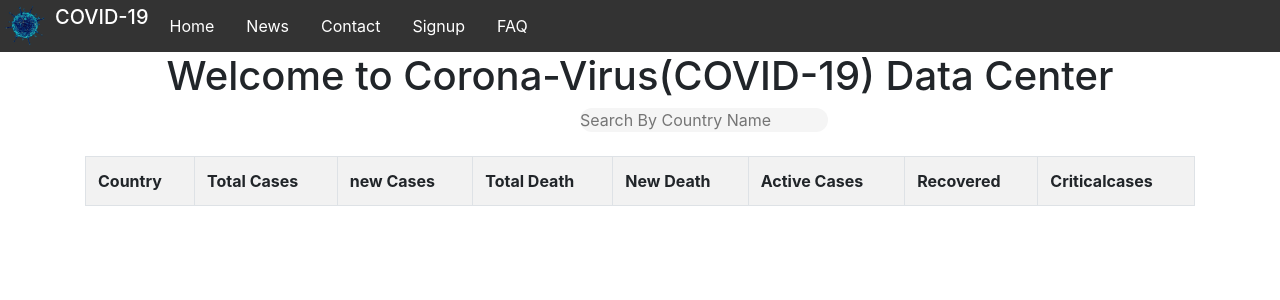
Repository: xthashankar/COVID-19-data-
Page: index.html
The author's editor kept a copy of each file at every save. The page is drawn from the files as they stood at one save, then again after the next save.
The browser window is 1280 px wide. The pictures show the whole page.
The page's requests for data from a server got no answer.

Above is the page before, as saved 2020-04-15 18:54:29.

### index.html
<!DOCTYPE html>
<html lang="en">
<head>
    <meta charset="UTF-8">
    <meta name="viewport" content="width=device-width, initial-scale=1.0">
    <link rel="stylesheet" href="https://maxcdn.bootstrapcdn.com/bootstrap/4.4.1/css/bootstrap.min.css">
     <script src="https://ajax.googleapis.com/ajax/libs/jquery/3.4.1/jquery.min.js"></script>
     <script src="https://cdnjs.cloudflare.com/ajax/libs/popper.js/1.16.0/umd/popper.min.js"></script>
    <script src="https://maxcdn.bootstrapcdn.com/bootstrap/4.4.1/js/bootstrap.min.js"></script>
    <link rel="stylesheet" href="css/styles.css">
    <title>Document</title>
</head>
<body>
        <ul class="nav">
            <img src="image/coronavirus.png">
             <H5>COVID-19</H5>
            <li><a  href="#">Home</a></li>
            <li><a href="#">News</a></li>
            <li><a href="#">Contact</a></li>
            <li><a href="#">Signup</a></li>
            <div class="dropdown">
                <button class="dropbtn">FAQ
                </button>
                <div class="dropdown-content">
                  <a href="qa.html">English</a>
                  <a href="nqa.html">Nepali</a>
                </div>

        </ul>
    <h1>Welcome to Corona-Virus(COVID-19) Data Center</h1>
    <input type="text" name="filter" id="search" placeholder="Search By Country Name" onkeyup="search()">
    <div class="container">

        <br>
        <table class="table table-bordered  table-striped">
            <thread>
                <tr>
                    <th>Country</th>
                    <th>Total Cases</th>
                    <th>new Cases</th>
                    <th>Total Death</th>
                    <th>New Death</th>
                    <th>Active Cases</th>
                    <th>Recovered</th>
                    <th>Criticalcases</th>
            </tr>
            </thread>
            <tbody  id="coranavirus">
            </tbody>
        </table>
    </div>
</body>
<script src="javascript/main.js"></script>
</html>

### css/styles.css
/*
body {
	font-family: 'Roboto', sans-serif;
	background-color: #eae7d9;
	margin: 0;
	padding: 0;
} */
*{
  padding: 0;
  margin: 0;
}
ul{
    list-style-type:none;
    overflow: hidden;
    background-color:#333;
}
li{
   float:right;
}
li a{

    display: block;
    color:white;
    text-align: center;
    padding: 14px 16px;
    text-decoration: none;
}
li a:hover{
    background-color: #111;
}
h1{
    text-align: center;
}
#search{

    border-radius: 10px;
    margin:5 auto;
    border-radius: 10px;
    margin-left: 580px;
    border: none;
    border-radius: 15px;
    background-color:whitesmoke;
}
img{
    width:50px;
    height:50px;
}

.navbar {
    overflow: hidden;
    background-color: #333;
  }

  .navbar a {
    float: left;
    font-size: 16px;
    color: white;
    text-align: center;
    padding: 14px 16px;
    text-decoration: none;
  }

  .dropdown {
    float: right;
    overflow: hidden;
  }

  .dropdown .dropbtn {
    font-size: 16px;
    border: none;
    outline: none;
    color: white;
    padding: 14px 16px;
    background-color: inherit;
    font-family: inherit;
    margin: 0;
  }

  .navbar a:hover, .dropdown:hover .dropbtn {
    background-color: red;
  }

  .dropdown-content {
    display: none;
    position: absolute;
    background-color: #f9f9f9;
    min-width: 160px;
    box-shadow: 0px 8px 16px 0px rgba(0,0,0,0.2);
    z-index: 1;
  }

  .dropdown-content a {
    float: none;
    color: black;
    padding: 12px 16px;
    text-decoration: none;
    display: block;
    text-align: left;
  }

  .dropdown-content a:hover {
    background-color: #ddd;
  }

  .dropdown:hover .dropdown-content {
    display: block;
  }
  .nav h5{
    margin: 5px;
    float: right;
	color: white;
  }

### javascript/main.js
// let who='';
let URL='https://nepalcorona.info/api/v1/data/world'
fetch(URL)
.then(function(response){
   return response.json()
}).then(function(covid){
//    console.log(covid);
       if(covid.length>0)
       {
           var coviddata='';
           covid.forEach(function(data){
            // coviddata +="<tr>";
            if(data.country!="")
            {
            coviddata +="<tr><td>"+data.country+"</td>";
            coviddata +="<td>"+data.totalCases+"</td>";
            coviddata +="<td>"+data.newCases+"</td>";
            coviddata +="<td>"+data.totalDeaths+"</td>";
            coviddata +="<td>"+data.newDeaths+"</td>";
            coviddata +="<td>"+data.activeCases+"</td>";
            coviddata +="<td>"+data.totalRecovered+"</td>";
            coviddata +="<td>"+data.criticalCases+"</td></tr>";
            console.log(coviddata);
            }
            document.getElementById('coranavirus').innerHTML=coviddata;
           })
       }
   })
   //for search
function search(){
    let filter=document.getElementById("search").value.toUpperCase();
    let table=document.getElementById("coranavirus");
    let tr=table.getElementsByTagName("tr");
    for(let i=0;i<tr.length;i++)
    {
     let td=tr[i].getElementsByTagName("td")[0];
        if(td)
        {
         let txtValue=td.textContent||td.innerText;
         if(txtValue.toUpperCase().indexOf(filter)>-1)
            {
            tr[i].style.display="";
            }else
            {
            tr[i].style.display="none";
            }
        }
    }
}

After the next save:
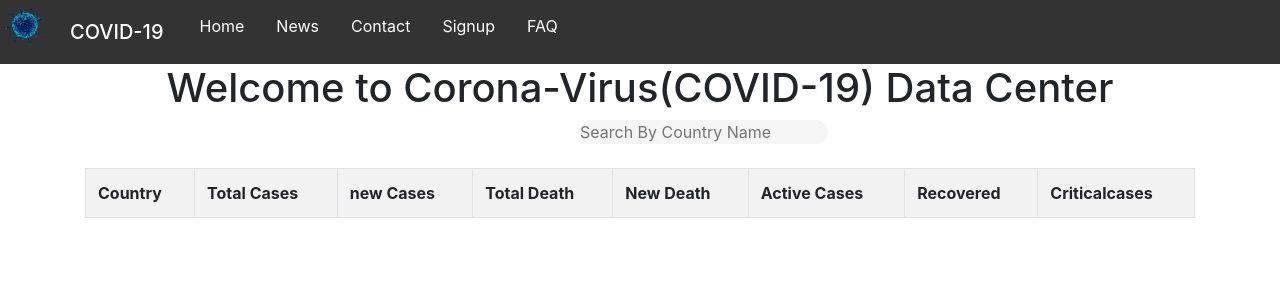
Saved 8 s later.
--- a/css/styles.css
+++ b/css/styles.css
@@ -106,7 +106,7 @@
     display: block;
   }
   .nav h5{
-    margin: 5px;
+    margin: 20px;
     float: right;
 	color: white;
   }

After the save that followed:
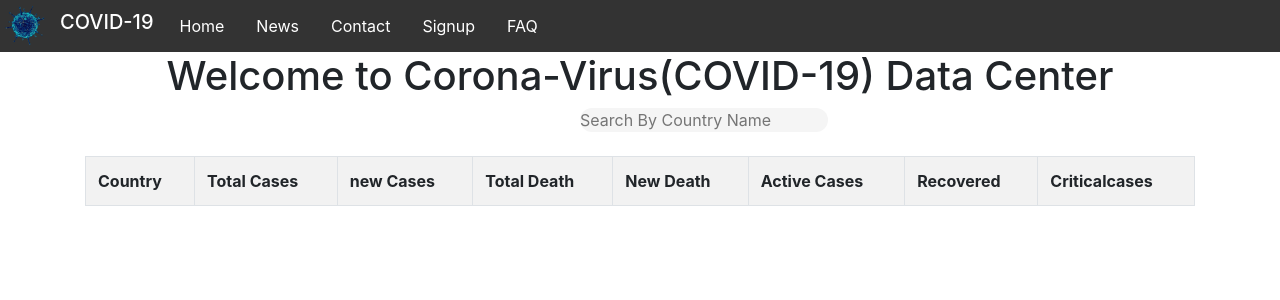
Saved 8 s later.
--- a/css/styles.css
+++ b/css/styles.css
@@ -106,7 +106,7 @@
     display: block;
   }
   .nav h5{
-    margin: 20px;
+    margin: 10px;
     float: right;
 	color: white;
   }
